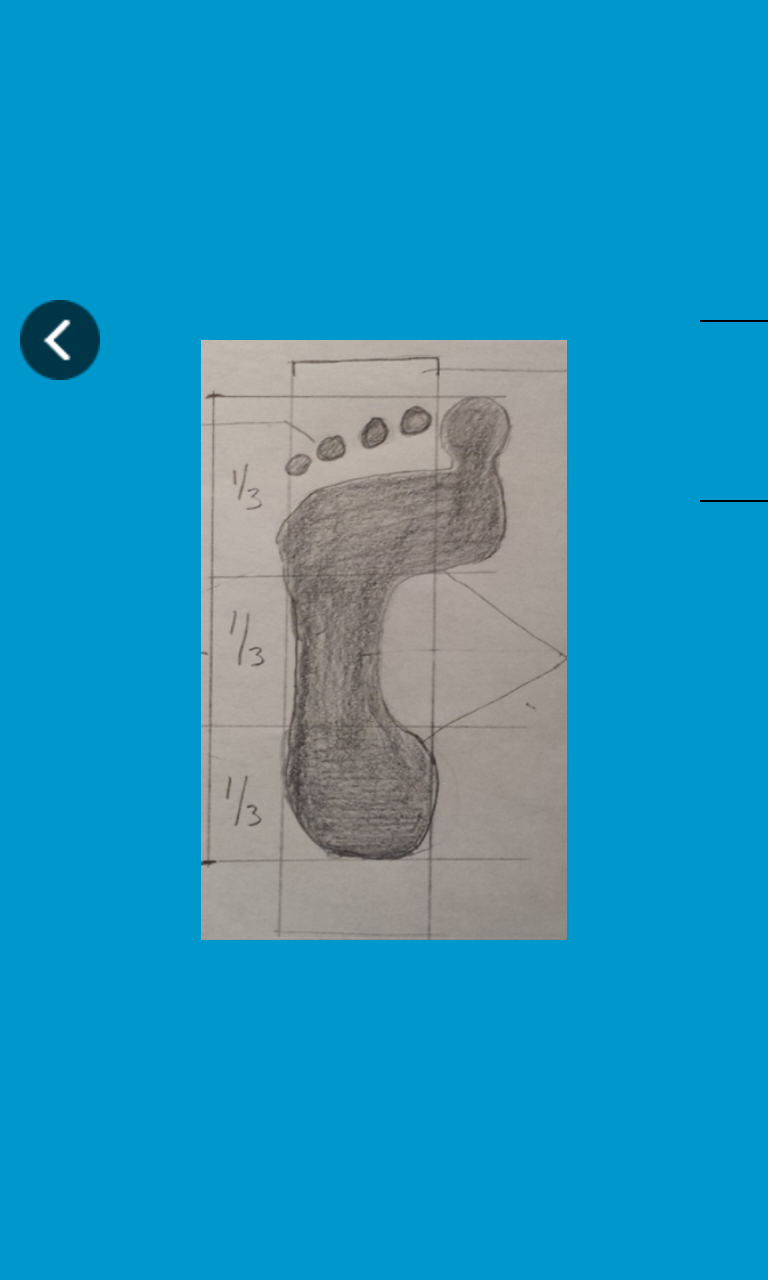
Repository: nanoweb12/GoodFeetAppNew
Layout: GoodFeetapp/res/layout/ideal_foot2.xml
An editor plug-in stored every save of this project. The layout is shown before and after the next save, followed by the edit.
It is drawn on a 768 x 1280 px phone screen (xhdpi) without system bars, with theme MyTheme; the app's code is not run.

Above is the layout before, as saved 2015-02-21 05:49:27.

### GoodFeetapp/res/layout/ideal_foot2.xml
<?xml version="1.0" encoding="utf-8"?>
<RelativeLayout xmlns:android="http://schemas.android.com/apk/res/android"
    android:layout_width="match_parent"
    android:layout_height="match_parent"
    android:background="#0098cc" >

    <TextView
        android:id="@+id/txt_idal"
        android:layout_width="fill_parent"
        android:layout_height="wrap_content"
     android:layout_marginLeft="400dp"

        android:layout_marginTop="5dp"
        android:text="The Ideal Foot!"
        android:textColor="#ffffff"
        android:textSize="18sp" />

    <ImageView
        android:id="@+id/feet"
        android:layout_width="300dp"
        android:layout_height="300dp"
        android:layout_centerHorizontal="true"
        android:layout_centerVertical="true"
        android:src="@drawable/foot" />

    <TextView
        android:id="@+id/text1_left"
        android:layout_width="wrap_content"
        android:layout_height="wrap_content"
        android:layout_marginLeft="10dp"
        android:layout_marginTop="50dp"
      android:gravity="center"
        android:textColor="#ffffff"
        android:textSize="15sp" />

    <ImageView
        android:id="@+id/back"
        android:layout_width="40dp"
        android:layout_height="40dp"
        android:layout_marginLeft="10dp"
        android:layout_marginTop="150dp"
        android:src="@drawable/left_arrow" />

    <TextView
        android:id="@+id/text2_left"
        android:layout_width="wrap_content"
        android:layout_height="wrap_content"
        android:layout_marginLeft="10dp"
        android:layout_marginTop="200dp"
         android:gravity="center"
        android:textColor="#ffffff"
        android:textSize="15sp" />

    <TextView
        android:id="@+id/text1_right"
        android:layout_width="wrap_content"
        android:layout_height="wrap_content"
        android:layout_marginLeft="600dp"
        android:layout_marginTop="50dp"
         android:gravity="center"
        android:textColor="#ffffff"
        android:textSize="15sp" />

    <ImageView
        android:id="@+id/next"
        android:layout_width="40dp"
        android:layout_height="40dp"
        android:layout_marginLeft="650dp"
        android:layout_marginTop="150dp"
        android:src="@drawable/right_arrow" />

    <TextView
        android:id="@+id/text2_right"
        android:layout_width="wrap_content"
        android:layout_height="wrap_content"
        android:layout_marginLeft="600dp"
        android:layout_marginTop="250dp"
      android:gravity="center"
        android:textColor="#ffffff"
        android:textSize="15sp" />

    <View
        android:id="@+id/view_width"
        android:layout_width="50dp"
        android:layout_height="1dp"
        android:layout_marginLeft="400dp"
        android:layout_marginTop="90dp"
        android:background="#000000" />

    <EditText
        android:id="@+id/edt_width  "
        android:layout_width="60dp"
        android:layout_height="20dp"
        android:layout_marginLeft="450dp"
        android:layout_marginTop="90dp"
        android:background="#ffffff"
        android:hint="Enter Width"
        android:textSize="10sp" />

    <View
        android:id="@+id/view_lenth"
        android:layout_width="50dp"
        android:layout_height="1dp"
        android:layout_marginLeft="350dp"
        android:layout_marginTop="160dp"
        android:background="#000000" />

    <EditText
        android:id="@+id/edt_lenth  "
        android:layout_width="60dp"
        android:layout_height="20dp"
        android:layout_marginLeft="400dp"
        android:layout_marginTop="160dp"
        android:background="#ffffff"
        android:hint="Enter Lenth"
        android:textSize="10sp" />

    <View
        android:id="@+id/view_arch"
        android:layout_width="50dp"
        android:layout_height="1dp"
        android:layout_marginLeft="350dp"
        android:layout_marginTop="250dp"
        android:background="#000000" />

    <EditText
        android:id="@+id/edt_arch  "
        android:layout_width="60dp"
        android:layout_height="20dp"
        android:layout_marginLeft="390dp"
        android:layout_marginTop="210dp"
        android:background="#ffffff"
        android:hint="Enter ARCH"
        android:textSize="10sp" />

</RelativeLayout>

### GoodFeetapp/res/values-v11/styles.xml
<resources>
    <style name="MyTheme" parent="@android:style/Theme.Holo.Light">

    </style>

    <style name="MyActionBar" parent="@android:style/Widget.Holo.Light.ActionBar">
    <item name="android:actionBarSize">70dip</item>
         <item name="android:background">#D3D3D3</item>
    </style>
</resources>

### GoodFeetapp/res/values-v14/styles.xml
<!-- <resources>
    the theme applied to the application or activity
    <style name="CustomActionBarTheme"
           parent="@android:style/Theme.Holo.Light.DarkActionBar">

    </style>

    ActionBar styles
    <style name="MyActionBar"
           parent="@android:style/Widget.Holo.Light.ActionBar.Solid.Inverse">
       <item name="android:actionBarSize">70dip</item>
         <item name="android:background">#D3D3D3</item>

    </style>
</resources> -->

<resources>
    <style name="MyTheme" parent="@android:style/Theme.Holo.Light">

    </style>

    <style name="MyActionBar" parent="@android:style/Widget.Holo.Light.ActionBar">
    <item name="android:actionBarSize">100dip</item>
         <item name="android:background">#D3D3D3</item>
    </style>
</resources>

### GoodFeetapp/res/values/styles.xml
<resources>
    <style name="MyTheme" parent="@android:style/Theme.Holo.Light">

    </style>

    <style name="MyActionBar" parent="@android:style/Widget.Holo.Light.ActionBar">
    <item name="android:actionBarSize">70dip</item>
         <item name="android:background">#D3D3D3</item>
    </style>
</resources>

After the next save:
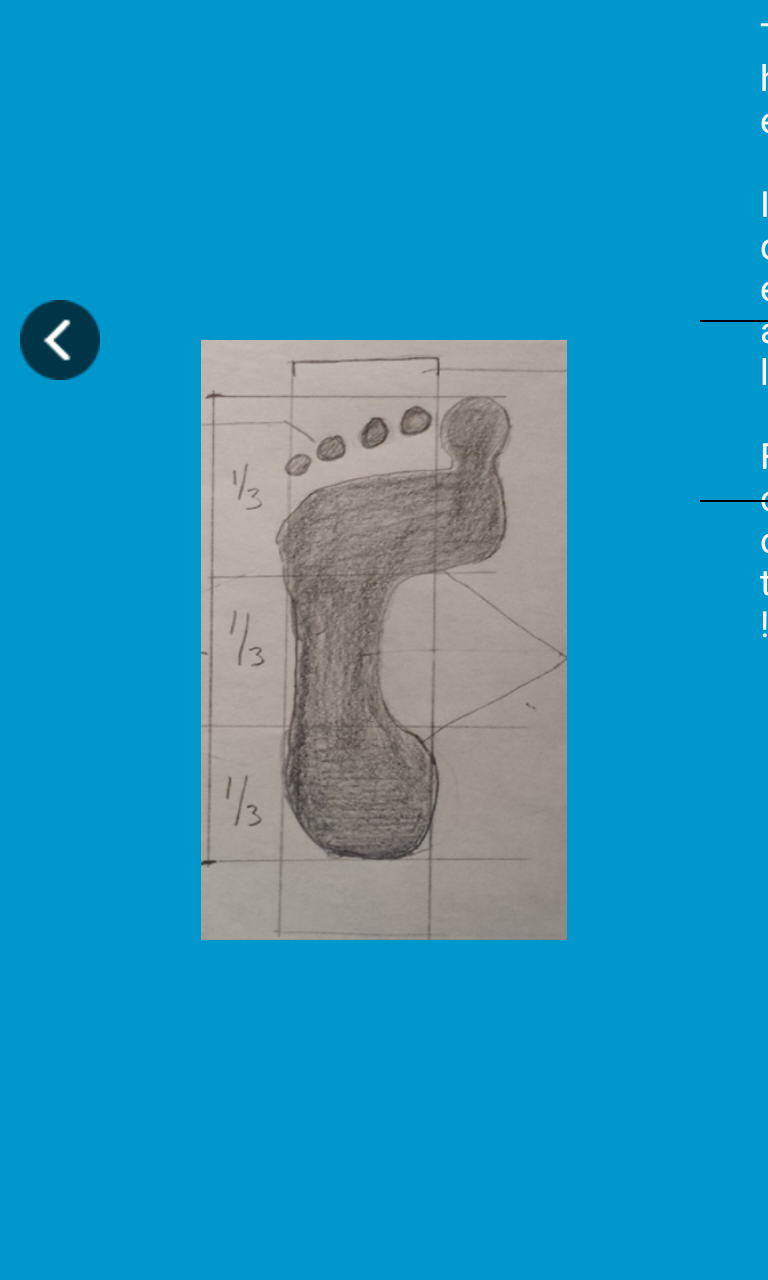
Saved 61 s later.
--- a/GoodFeetapp/res/layout/ideal_foot2.xml
+++ b/GoodFeetapp/res/layout/ideal_foot2.xml
@@ -8,7 +8,7 @@
         android:id="@+id/txt_idal"
         android:layout_width="fill_parent"
         android:layout_height="wrap_content"
-     android:layout_marginLeft="400dp"
+     android:layout_marginLeft="380dp"
 
         android:layout_marginTop="5dp"
         android:text="The Ideal Foot!"

After the save that followed:
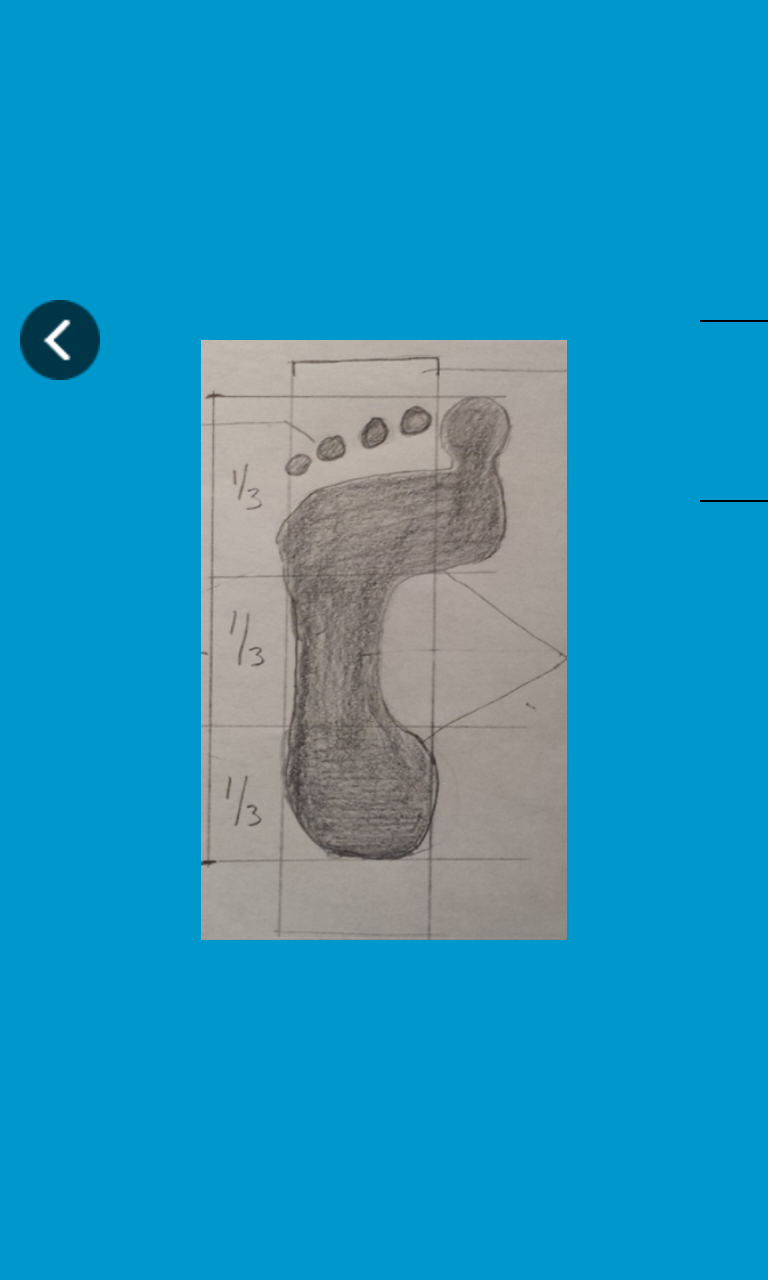
Saved 62 s later.
--- a/GoodFeetapp/res/layout/ideal_foot2.xml
+++ b/GoodFeetapp/res/layout/ideal_foot2.xml
@@ -8,7 +8,7 @@
         android:id="@+id/txt_idal"
         android:layout_width="fill_parent"
         android:layout_height="wrap_content"
-     android:layout_marginLeft="380dp"
+     android:layout_marginLeft="390dp"
 
         android:layout_marginTop="5dp"
         android:text="The Ideal Foot!"
